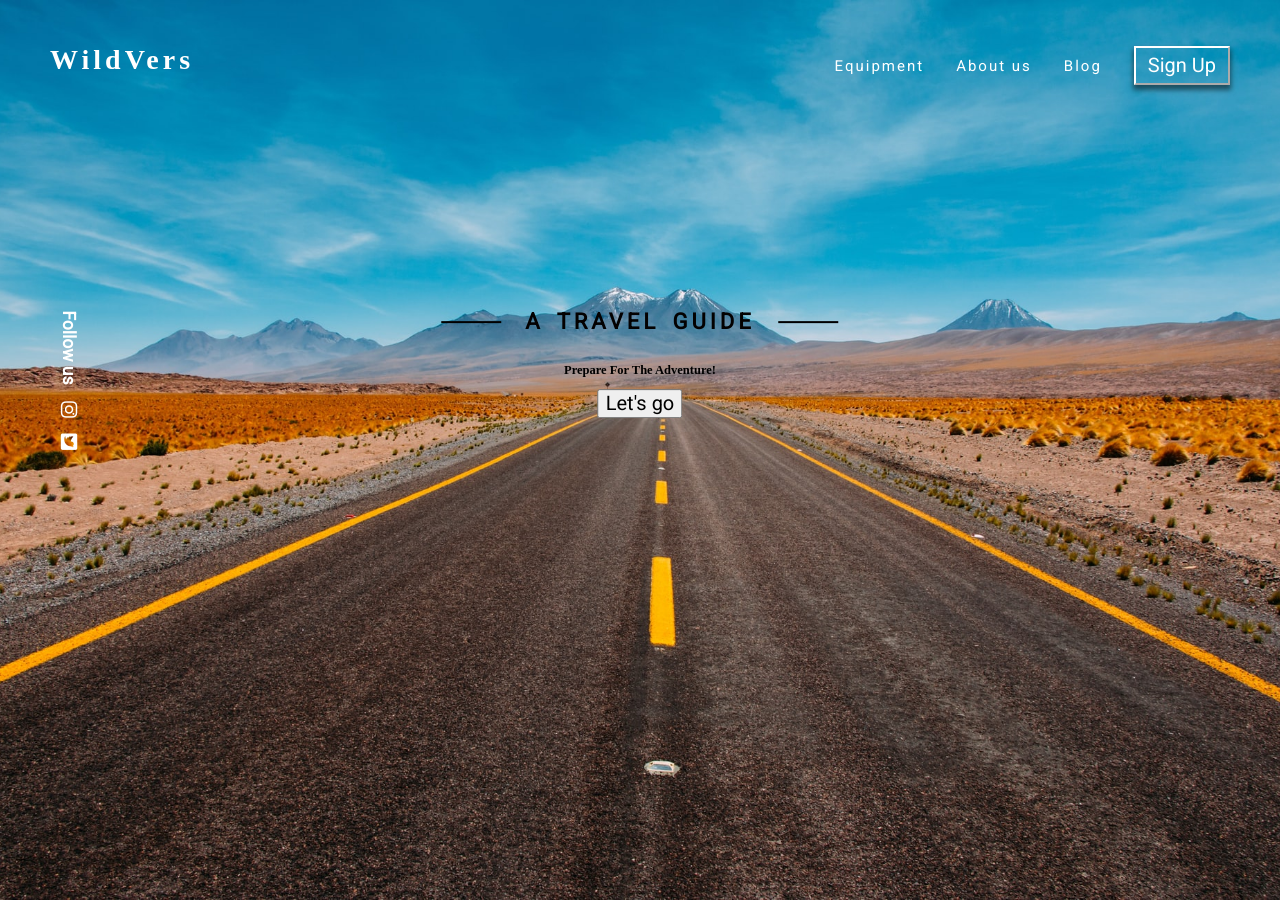
Repository: Hunga9k50doker/wildver-travel
Page: src/index.html
An editor plug-in stored every save of this project. The page is shown before and after a run of saves, followed by the edit.
The browser window is 1280 px wide. The pictures show the whole page.
Some web fonts or font styles are not loaded; a fallback is used. The style sheet was rebuilt from its Sass, Less or Tailwind sources for each picture, by a compiler version that may differ from the author's.

Above is the page before, as saved 2021-08-26 00:25:07.

After the next 3 saves:
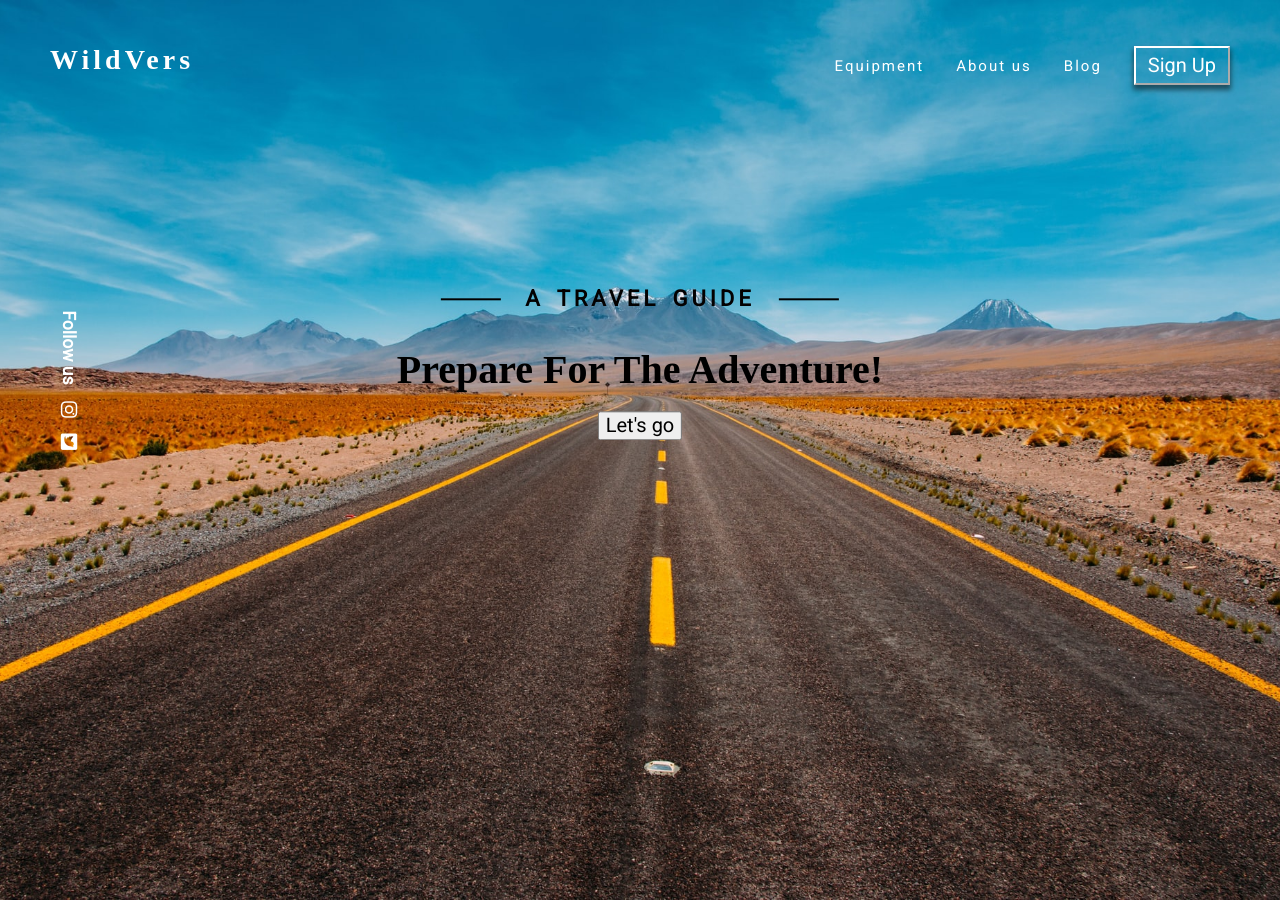
The 3 saves are shown as one change because they came seconds apart.
The last was saved 12 s later.
--- a/src/resources/scss/header.scss
+++ b/src/resources/scss/header.scss
@@ -138,7 +138,7 @@
                 }
             }
             h2{
-
+                font-size:4rem
             }
         }
     }
